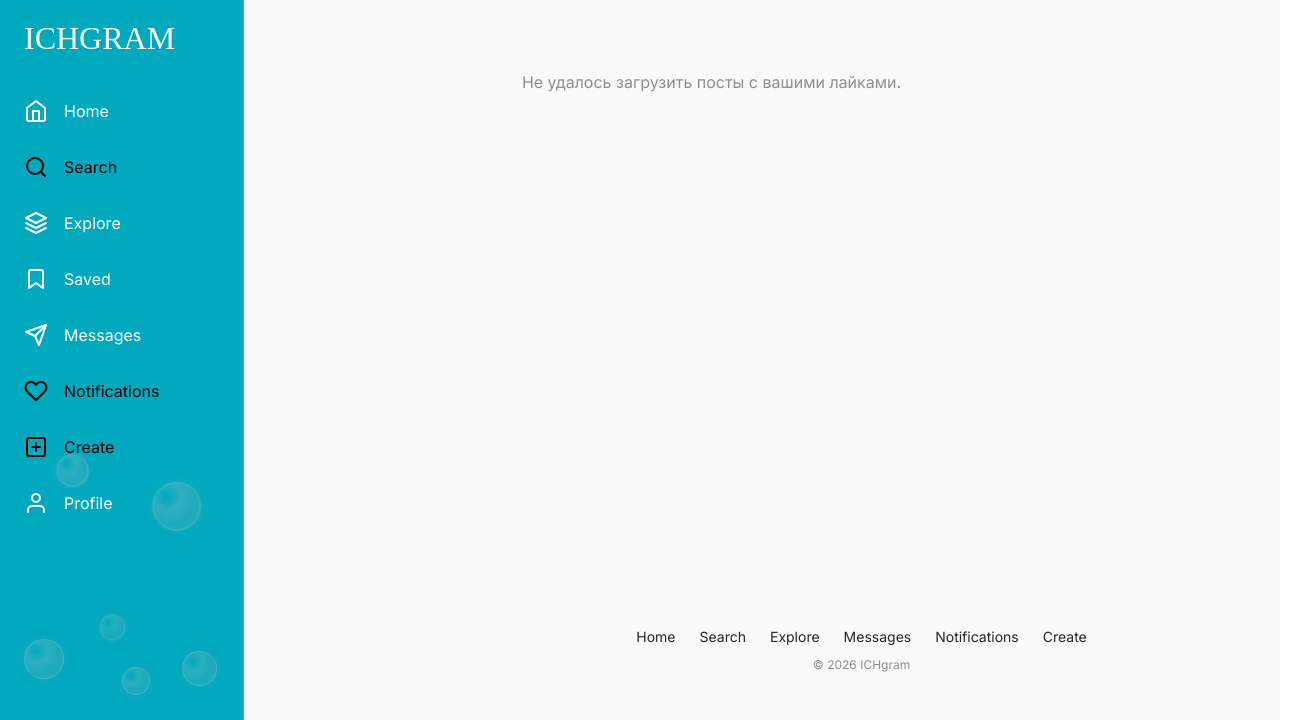
Repository: liudmyla122/FinalProect
Page: /notifications (app in frontend/)
The author's editor kept a copy of each file at every save. The page is drawn from the files as they stood at one save, then again after the next save.
The browser window is 1280 px wide. The page is 1309 px wide, so the pictures cover 1309 px, including what lies to the right of the window. The pictures show the whole page.
The page's requests for data from a server got no answer. Some web fonts or font styles are not loaded; a fallback is used. The project was rebuilt for these pictures with package versions that can differ from the ones it lists, and the page was loaded fresh each time. No one was signed in, and anything a server would have sent is missing. Also part of the build but not shown: frontend/vite.config.js, frontend/src/pages/Register/Auth.css, frontend/src/pages/Register/Register.jsx, frontend/src/pages/Login/Auth.css, frontend/src/pages/Login/Login.jsx, frontend/src/components/EmojiPicker/EmojiPicker.css, frontend/src/components/EmojiPicker/EmojiPicker.jsx, frontend/src/pages/Home/Home.css and 23 more.

Above is the page before, as saved 2026-02-11 08:07:00.

### frontend/index.html
<!DOCTYPE html>
<html lang="ru">
  <head>
    <meta charset="UTF-8" />
    <link rel="icon" type="image/svg+xml" href="/vite.svg" />
    <meta name="viewport" content="width=device-width, initial-scale=1.0" />
    <title>ICHGRAM - like App</title>

    <link rel="preconnect" href="https://fonts.googleapis.com" />
    <link rel="preconnect" href="https://fonts.gstatic.com" crossorigin />
    <link
      href="https://fonts.googleapis.com/css2?family=Inter:wght@300;400;500;600;700&family=Pacifico&family=Caveat+Brush&family=Dancing+Script:wght@700&family=Satisfy&family=Praise&family=Roboto:wght@400;500;600;700&family=Playfair+Display:ital,wght@0,400;0,500;0,600;0,700;1,400&display=swap"
      rel="stylesheet"
    />
  </head>
  <body>
    <div id="root"></div>
    <script type="module" src="/src/main.jsx"></script>
  </body>
</html>

### frontend/src/App.jsx
import { BrowserRouter as Router, Routes, Route } from 'react-router-dom'
import Register from './pages/Register/Register'
import Login from './pages/Login/Login'
import Home from './pages/Home/Home'
import Profile from './pages/Profile/Profile'
import EditProfile from './pages/EditProfile/EditProfile'
import Search from './pages/Search/Search'
import Reset from './pages/Reset/Reset'
import Explore from './pages/Explore/Explore'
import Messages from './pages/Messages/Messages'
import Saved from './pages/Saved/Saved'
import Notifications from './pages/Notifications/Notifications'
import NotFound from './pages/NotFound/NotFound'
import './App.css'
import { CreatePostProvider } from './context/CreatePostContext'
import { SearchPanelProvider } from './context/SearchPanelContext'
import { NotificationsProvider } from './context/NotificationsContext'
import { PostModalProvider } from './context/PostModalContext'
import GlobalSearchPanel from './components/GlobalSearchPanel/GlobalSearchPanel'
import NotificationsPanel from './components/NotificationsPanel/NotificationsPanel'
import PostModal from './components/PostModal/PostModal'

function App() {
  return (
    <Router>
      <CreatePostProvider>
        <SearchPanelProvider>
          <NotificationsProvider>
            <PostModalProvider>
              <div className="App">
                <Routes>
                  <Route path="/" element={<Home />} />
                  <Route path="/register" element={<Register />} />
                  <Route path="/login" element={<Login />} />
                  <Route path="/reset" element={<Reset />} />
                  <Route path="/profile" element={<Profile />} />
                  <Route path="/profile/:username" element={<Profile />} />
                  <Route path="/profile/edit" element={<EditProfile />} />
                  <Route path="/search" element={<Search />} />
                  <Route path="/explore" element={<Explore />} />
                  <Route path="/messages" element={<Messages />} />
                  <Route path="/saved" element={<Saved />} />
                  <Route path="/notifications" element={<Notifications />} />
                  <Route path="*" element={<NotFound />} />
                </Routes>
                <GlobalSearchPanel />
                <NotificationsPanel />
                <PostModal />
              </div>
            </PostModalProvider>
          </NotificationsProvider>
        </SearchPanelProvider>
      </CreatePostProvider>
    </Router>
  )
}

export default App

### frontend/src/index.css
* {
  margin: 0;
  padding: 0;
  box-sizing: border-box;
}

.profile-username,
.sidebar-current-username,
.profile-username-row,
.profile-post-modal-username,
.profile-post-modal-comment-username,
.home-sidebar-current-username,
.home-create-username,
.home-create-username-handle,
.home-create-username-fullname,
.home-post-username,
.home-post-caption-username,
.home-notification-username,
.home-search-result-username,
.home-search-recent-username,
.explore-sidebar-current-username,
.explore-sidebar-current-name,
.explore-modal-comment-username,
.messages-chat-username,
.messages-chat-header-username,
.messages-chats-my-name,
.messages-profile-name,
.search-recent-username,
.search-post-username,
.search-post-caption-username,
.home-post-modal-comment-username,
.saved-modal-comment-username,
.global-search-recent-username,
.global-search-result-username,
.app-sidebar-current-name,
.app-sidebar-current-username,
.edit-profile-name {
  font-family: 'Praise', cursive;
}

body {
  font-family: 'Inter', -apple-system, BlinkMacSystemFont, 'Segoe UI', 'Roboto',
    'Oxygen', 'Ubuntu', 'Cantarell', 'Fira Sans', 'Droid Sans', 'Helvetica Neue',
    sans-serif;
  -webkit-font-smoothing: antialiased;
  -moz-osx-font-smoothing: grayscale;
}

code {
  font-family: source-code-pro, Menlo, Monaco, Consolas, 'Courier New',
    monospace;
}

### frontend/src/App.css
.App {
  min-height: 100vh;
  background-color: #fafafa;
}

### frontend/src/context/SearchPanelContext.jsx
import { createContext, useContext, useState } from 'react'

const SearchPanelContext = createContext(null)

export function SearchPanelProvider({ children }) {
  const [isOpen, setIsOpen] = useState(false)
  const openSearch = () => setIsOpen(true)
  const closeSearch = () => setIsOpen(false)
  return (
    <SearchPanelContext.Provider value={{ isOpen, openSearch, closeSearch }}>
      {children}
    </SearchPanelContext.Provider>
  )
}

export function useSearchPanel() {
  const ctx = useContext(SearchPanelContext)
  if (!ctx) {
    return { isOpen: false, openSearch: () => {}, closeSearch: () => {} }
  }
  return ctx
}

### frontend/src/context/NotificationsContext.jsx
import { createContext, useContext, useState } from 'react'

const NotificationsContext = createContext(null)

export function NotificationsProvider({ children }) {
  const [isOpen, setIsOpen] = useState(false)
  const openNotifications = () => setIsOpen(true)
  const closeNotifications = () => setIsOpen(false)
  const toggleNotifications = () => setIsOpen(prev => !prev)

  return (
    <NotificationsContext.Provider value={{ isOpen, openNotifications, closeNotifications, toggleNotifications }}>
      {children}
    </NotificationsContext.Provider>
  )
}

export function useNotifications() {
  const ctx = useContext(NotificationsContext)
  if (!ctx) {
    return {
      isOpen: false,
      openNotifications: () => {},
      closeNotifications: () => {},
      toggleNotifications: () => {}
    }
  }
  return ctx
}

### frontend/src/context/PostModalContext.jsx
import { createContext, useContext, useState } from 'react'

const PostModalContext = createContext()

export const PostModalProvider = ({ children }) => {
  const [isOpen, setIsOpen] = useState(false)
  const [postId, setPostId] = useState(null)
  const [initialData, setInitialData] = useState(null)

  const openPostModal = (id, data = null) => {
    setPostId(id)
    setInitialData(data)
    setIsOpen(true)
  }

  const closePostModal = () => {
    setIsOpen(false)
    setPostId(null)
    setInitialData(null)
  }

  return (
    <PostModalContext.Provider value={{ isOpen, postId, initialData, openPostModal, closePostModal }}>
      {children}
    </PostModalContext.Provider>
  )
}

export const usePostModal = () => useContext(PostModalContext)

### frontend/src/components/AppSidebar/AppSidebar.css
.app-sidebar {
  width: 244px;
  background-color: #00a9be;
  display: flex;
  flex-direction: column;
  padding: 20px 0;
  box-sizing: border-box;
  flex-shrink: 0;
  border-right: 1px solid rgba(255, 255, 255, 0.2);
  position: fixed;
  top: 0;
  left: max(0px, calc(50% - 720px));
  height: 100vh;
  overflow-y: auto;
  z-index: 101;
}

.app-sidebar-logo {
  font-family: 'Praise', cursive;
  font-size: 32px;
  font-weight: 400;
  color: #fff;
  padding: 0 24px;
  margin-bottom: 30px;
  position: relative;
  z-index: 2;
}

.app-sidebar-nav {
  display: flex;
  flex-direction: column;
  gap: 8px;
  padding: 0 12px;
  position: relative;
  z-index: 2;
}

.app-sidebar-nav-item {
  display: flex;
  align-items: center;
  gap: 16px;
  padding: 12px;
  text-decoration: none;
  color: #fff;
  font-size: 16px;
  font-family: 'Inter', sans-serif;
  border-radius: 8px;
  transition: all 0.2s;
}

.app-sidebar-nav-item:hover {
  background-color: rgba(255, 255, 255, 0.12);
  color: #ffffff;
}

.app-sidebar-nav-item.active {
  background-color: rgba(255, 255, 255, 0.2);
  color: #ffffff;
  font-weight: 600;
}

.app-sidebar-nav-icon {
  width: 24px;
  height: 24px;
  color: inherit;
  flex-shrink: 0;
  transition: color 0.2s;
}

.app-sidebar-current-user {
  margin-top: 24px;
  padding: 10px 16px;
  display: flex;
  align-items: center;
  gap: 10px;
  text-decoration: none;
  color: #ffffff;
  font-family: 'Inter', sans-serif;
  position: relative;
  z-index: 2;
}

.app-sidebar-current-avatar {
  width: 40px;
  height: 40px;
  border-radius: 50%;
  overflow: hidden;
  background-color: #ddc9d4;
  display: flex;
  align-items: center;
  justify-content: center;
  flex-shrink: 0;
}

.app-sidebar-current-avatar img,
.app-sidebar-current-avatar video {
  width: 100%;
  height: 100%;
  object-fit: cover;
  border-radius: 50%;
}

.app-sidebar-current-initial {
  font-size: 16px;
  font-weight: 600;
  color: #2c3a47;
}

.app-sidebar-current-info {
  display: flex;
  flex-direction: column;
}

.app-sidebar-current-name {
  font-size: 14px;
  font-weight: 600;
}

.app-sidebar-current-username {
  font-size: 12px;
  color: #b8b0c1;
}

.app-sidebar-bubbles {
  position: relative;
  flex: 1;
  width: 100%;
  margin-top: auto;
  pointer-events: none;
  z-index: 1;
}

.app-sidebar-bubble {
  position: absolute;
  border-radius: 50%;
  background: radial-gradient(
    circle at 30% 30%,
    rgba(0, 169, 190, 0.4) 0%,
    rgba(221, 201, 212, 0.3) 30%,
    rgba(184, 176, 193, 0.25) 60%,
    rgba(247, 232, 228, 0.2) 100%
  );
  border: 1px solid rgba(221, 201, 212, 0.3);
  backdrop-filter: blur(2px);
  animation: appSidebarBubbleFloat 15s infinite ease-in-out;
  opacity: 0.7;
  box-shadow:
    inset 0 0 20px rgba(0, 169, 190, 0.2),
    0 0 10px rgba(221, 201, 212, 0.15);
}

.app-sidebar-bubble-1 {
  width: 30px;
  height: 30px;
  left: 20%;
  bottom: 10%;
  animation-delay: 0s;
  animation-duration: 18s;
}
.app-sidebar-bubble-2 {
  width: 45px;
  height: 45px;
  left: 60%;
  bottom: 15%;
  animation-delay: 2s;
  animation-duration: 20s;
}
.app-sidebar-bubble-3 {
  width: 25px;
  height: 25px;
  left: 40%;
  bottom: 5%;
  animation-delay: 4s;
  animation-duration: 16s;
}
.app-sidebar-bubble-4 {
  width: 35px;
  height: 35px;
  left: 75%;
  bottom: 8%;
  animation-delay: 6s;
  animation-duration: 22s;
}
.app-sidebar-bubble-5 {
  width: 40px;
  height: 40px;
  left: 10%;
  bottom: 12%;
  animation-delay: 8s;
  animation-duration: 19s;
}
.app-sidebar-bubble-6 {
  width: 28px;
  height: 28px;
  left: 50%;
  bottom: 3%;
  animation-delay: 10s;
  animation-duration: 17s;
}

@keyframes appSidebarBubbleFloat {
  0% {
    transform: translateY(0) translateX(0) scale(1);
    opacity: 0.6;
  }
  25% {
    transform: translateY(-25vh) translateX(10px) scale(1.1);
    opacity: 0.8;
  }
  50% {
    transform: translateY(-50vh) translateX(-5px) scale(0.9);
    opacity: 0.7;
  }
  75% {
    transform: translateY(-75vh) translateX(8px) scale(1.05);
    opacity: 0.5;
  }
  100% {
    transform: translateY(-100vh) translateX(0) scale(0.8);
    opacity: 0;
  }
}

.app-layout-with-sidebar {
  width: 1440px;
  max-width: 100%;
  min-height: 100vh;
  margin: 0 auto;
  display: flex;
  box-sizing: border-box;
}

.app-layout-with-sidebar .app-layout-main {
  flex: 1;
  min-width: 0;
  margin-left: 244px;
}

### frontend/src/pages/Notifications/Notifications.css
.notifications-main {
  background: #fafafa;
  font-family: 'Inter', sans-serif;
  max-width: 935px;
  margin: 0 auto;
  padding: 24px 20px;
  display: flex;
  flex-direction: column;
  min-height: 100%;
}

.notifications-content {
  width: 100%;
  flex: 1;
  display: flex;
  flex-direction: column;
}

.notifications-empty-wrap {
  flex: 1;
  display: flex;
  justify-content: center;
  align-items: center;
  min-height: 50vh;
  margin-left: 150px;
}

.notifications-loading,
.notifications-error {
  text-align: center;
  padding: 48px 20px;
  color: #8e8e8e;
  font-size: 16px;
}

.notifications-empty {
  text-align: center;
  padding: 48px 20px;
  color: #262626;
}

.notifications-empty p {
  margin: 0 0 8px;
  font-size: 16px;
}

.notifications-empty-link {
  display: inline-block;
  margin-top: 16px;
  color: #009BB8;
  font-weight: 600;
  text-decoration: none;
}

.notifications-empty-link:hover {
  text-decoration: underline;
}

.notifications-grid {
  display: grid;
  grid-template-columns: repeat(3, 1fr);
  gap: 4px;
}

@media (min-width: 736px) {
  .notifications-grid {
    gap: 28px;
  }
}

.notifications-post-item {
  display: flex;
  flex-direction: column;
  width: 100%;
  padding: 0;
  border: none;
  border-radius: 8px;
  overflow: hidden;
  background: #fff;
  cursor: pointer;
  text-align: left;
  box-shadow: 0 1px 3px rgba(0, 0, 0, 0.08);
}

.notifications-post-media-wrap {
  width: 100%;
  aspect-ratio: 1;
  overflow: hidden;
  background: #000;
}

.notifications-post-media {
  width: 100%;
  height: 100%;
  object-fit: cover;
  display: block;
}

.notifications-post-title {
  font-size: 19px;
  font-weight: 600;
  color: #2C3A47;
  font-family: 'Inter', sans-serif;
  line-height: 24px;
  margin: 10px 12px 12px;
  background: linear-gradient(
    180deg,
    transparent 55%,
    rgba(218, 200, 180, 0.55) 55%,
    rgba(218, 200, 180, 0.55) 92%,
    transparent 92%
  );
  padding: 0 10px;
  box-decoration-break: clone;
  -webkit-box-decoration-break: clone;
  display: inline;
}

.notifications-footer {
  width: 100%;
  background-color: transparent;
  padding: 24px 0;
  margin-top: auto;
  display: flex;
  flex-direction: column;
  align-items: center;
  gap: 12px;
  margin-left: 150px;
}

.notifications-footer-nav {
  display: flex;
  flex-wrap: wrap;
  justify-content: center;
  gap: 24px;
}

.notifications-footer-nav a {
  color: #262626;
  text-decoration: none;
  font-size: 14px;
  font-family: 'Inter', sans-serif;
}

.notifications-footer-nav a:hover {
  color: #0095f6;
}

.notifications-footer-copyright {
  font-size: 12px;
  color: #8e8e8e;
  font-family: 'Inter', sans-serif;
}

/* Notifications post modal */
.notifications-modal-overlay {
  position: fixed;
  inset: 0;
  background: rgba(0, 0, 0, 0.6);
  z-index: 1000;
}

.notifications-modal {
  position: fixed;
  top: 50%;
  left: 50%;
  transform: translate(-50%, -50%);
  width: 90vw;
  max-width: 960px;
  max-height: 90vh;
  background: #D9CDD3;
  border-radius: 12px;
  overflow: hidden;
  z-index: 1001;
  display: flex;
  flex-direction: column;
  box-shadow: 0 8px 32px rgba(0, 0, 0, 0.2);
}

.notifications-modal-close {
  position: absolute;
  top: 12px;
  right: 12px;
  width: 36px;
  height: 36px;
  border: none;
  background: rgba(0, 0, 0, 0.3);
  color: #fff;
  font-size: 24px;
  line-height: 1;
  cursor: pointer;
  border-radius: 50%;
  z-index: 2;
  display: flex;
  align-items: center;
  justify-content: center;
}

.notifications-modal-close:hover {
  background: rgba(0, 0, 0, 0.5);
}

.notifications-modal-loading {
  padding: 48px;
  text-align: center;
  color: #2C3A47;
  font-size: 16px;
}

.notifications-modal-inner {
  display: grid;
  grid-template-columns: 1fr 320px;
  min-height: 0;
  max-height: 90vh;
}

.notifications-modal-media {
  background: #000;
  display: flex;
  align-items: center;
  justify-content: center;
  min-height: 300px;
}

.notifications-modal-image {
  max-width: 100%;
  max-height: 85vh;
  object-fit: contain;
}

.notifications-modal-side {
  display: flex;
  flex-direction: column;
  overflow-y: auto;
  border-left: 1px solid #9e9e9e;
  min-height: 0;
}

.notifications-modal-actions {
  display: flex;
  align-items: center;
  gap: 16px;
  padding: 12px 16px;
  border-bottom: 1px solid #9e9e9e;
  flex-shrink: 0;
}

.notifications-modal-action-btn {
  display: inline-flex;
  align-items: center;
  gap: 6px;
  background: none;
  border: none;
  padding: 0;
  cursor: pointer;
  color: #2C3A47;
  font-family: 'Inter', sans-serif;
  font-size: 14px;
}

.notifications-modal-action-btn:disabled {
  opacity: 0.6;
  cursor: not-allowed;
}

.notifications-modal-action-btn--like:hover:not(:disabled) .notifications-modal-action-icon,
.notifications-modal-action-btn--like.notifications-modal-action-btn--liked .notifications-modal-action-icon {
  color: #e53935;
}

.notifications-modal-action-btn--save:hover:not(:disabled) .notifications-modal-action-icon,
.notifications-modal-action-btn--save.notifications-modal-action-btn--saved .notifications-modal-action-icon {
  color: #E6B800;
}

.notifications-modal-action-icon {
  width: 24px;
  height: 24px;
  flex-shrink: 0;
}

.notifications-modal-action-count {
  font-size: 14px;
}

.notifications-modal-comments-count {
  font-size: 14px;
  color: #2C3A47;
}

.notifications-modal-caption-block {
  padding: 12px 16px;
  border-bottom: 1px solid #9e9e9e;
  flex-shrink: 0;
}

.notifications-modal-title-text {
  font-size: 19px;
  font-weight: 600;
  color: #2C3A47;
  font-family: 'Inter', sans-serif;
  line-height: 24px;
  margin-bottom: 6px;
  background: linear-gradient(
    180deg,
    transparent 55%,
    rgba(218, 200, 180, 0.55) 55%,
    rgba(218, 200, 180, 0.55) 92%,
    transparent 92%
  );
  padding: 0 10px;
  box-decoration-break: clone;
  -webkit-box-decoration-break: clone;
  display: inline;
}

.notifications-modal-caption {
  font-size: 14px;
  color: #2C3A47;
  font-family: 'Inter', sans-serif;
  line-height: 1.4;
}

.notifications-modal-comments-list {
  flex: 1;
  overflow-y: auto;
  padding: 12px 16px;
  min-height: 0;
}

.notifications-modal-comment {
  display: flex;
  gap: 10px;
  margin-bottom: 12px;
}

.notifications-modal-comment-avatar {
  width: 32px;
  height: 32px;
  border-radius: 50%;
  overflow: hidden;
  background: #e0e0e0;
  flex-shrink: 0;
  display: flex;
  align-items: center;
  justify-content: center;
}

.notifications-modal-comment-avatar img,
.notifications-modal-comment-avatar video {
  width: 100%;
  height: 100%;
  object-fit: cover;
}

.notifications-modal-comment-avatar-fallback {
  font-size: 14px;
  font-weight: 600;
  color: #2C3A47;
}

.notifications-modal-comment-body {
  display: flex;
  flex-wrap: wrap;
  gap: 4px;
  align-items: baseline;
}

.notifications-modal-comment-username {
  font-weight: 600;
  font-size: 14px;
  color: #2C3A47;
  margin-right: 4px;
}

.notifications-modal-comment-text {
  font-size: 14px;
  color: #2C3A47;
  line-height: 1.4;
}

.notifications-modal-add-comment {
  display: flex;
  align-items: center;
  gap: 8px;
  padding: 12px 16px;
  border-top: 1px solid #9e9e9e;
  flex-shrink: 0;
}

.notifications-modal-input {
  flex: 1;
  min-width: 0;
  padding: 8px 12px;
  border: 1px solid #9e9e9e;
  border-radius: 8px;
  font-size: 14px;
  font-family: 'Inter', sans-serif;
  outline: none;
}

.notifications-modal-input:focus {
  border-color: #0095f6;
}

.notifications-modal-submit {
  padding: 8px 16px;
  background: #0095f6;
  color: #fff;
  border: none;
  border-radius: 8px;
  font-size: 14px;
  font-weight: 600;
  cursor: pointer;
  flex-shrink: 0;
}

.notifications-modal-submit:hover:not(:disabled) {
  background: #0080e0;
}

.notifications-modal-submit:disabled {
  opacity: 0.6;
  cursor: not-allowed;
}

Loaded but not shown: frontend/src/main.jsx (common file); frontend/src/services/api.js (200 lines, source omitted); frontend/src/utils/storage.js (40 lines, source omitted); frontend/src/context/CreatePostContext.jsx (819 lines, source omitted); frontend/src/pages/Notifications/Notifications.jsx (386 lines, source omitted); frontend/src/components/AppSidebar/AppSidebar.jsx (321 lines, source omitted)

After the next save:
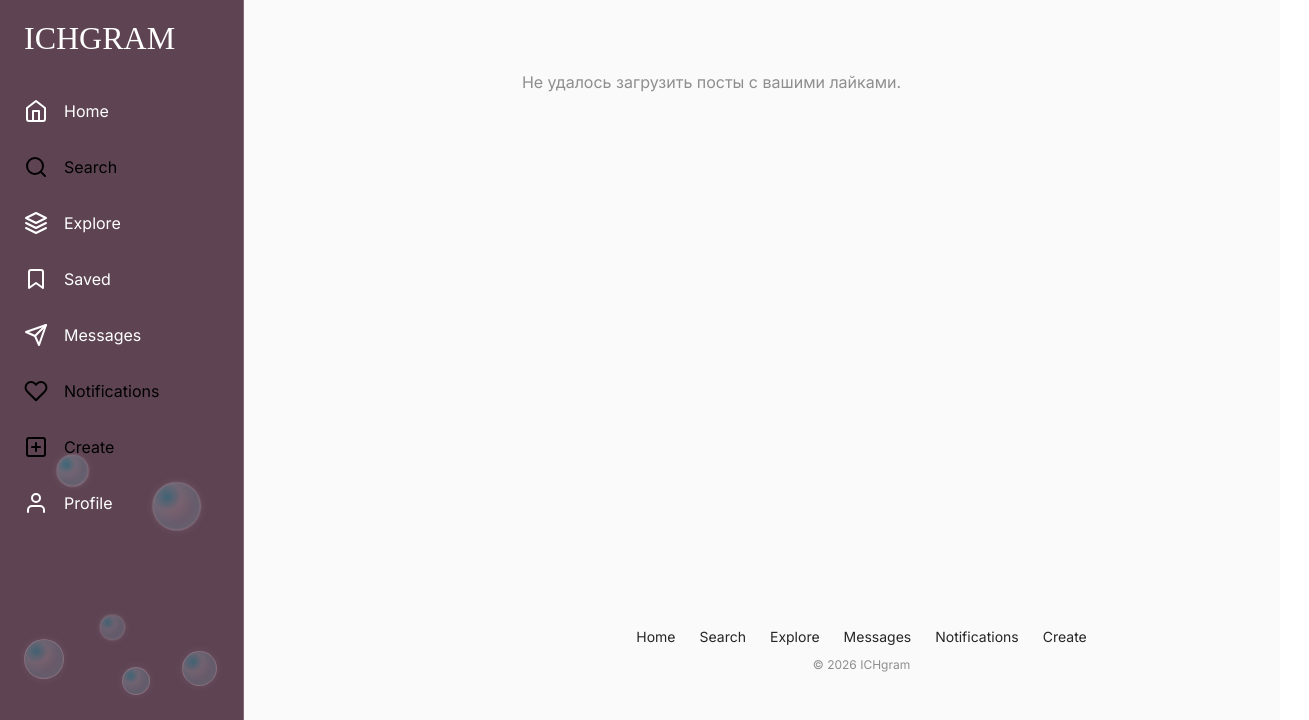
Saved 5 min 2 s later.
--- a/frontend/src/components/AppSidebar/AppSidebar.css
+++ b/frontend/src/components/AppSidebar/AppSidebar.css
@@ -1,6 +1,6 @@
 .app-sidebar {
   width: 244px;
-  background-color: #00a9be;
+  background-color: #5e4453;
   display: flex;
   flex-direction: column;
   padding: 20px 0;
@@ -144,8 +144,7 @@
   backdrop-filter: blur(2px);
   animation: appSidebarBubbleFloat 15s infinite ease-in-out;
   opacity: 0.7;
-  box-shadow:
-    inset 0 0 20px rgba(0, 169, 190, 0.2),
+  box-shadow: inset 0 0 20px rgba(0, 169, 190, 0.2),
     0 0 10px rgba(221, 201, 212, 0.15);
 }
 
